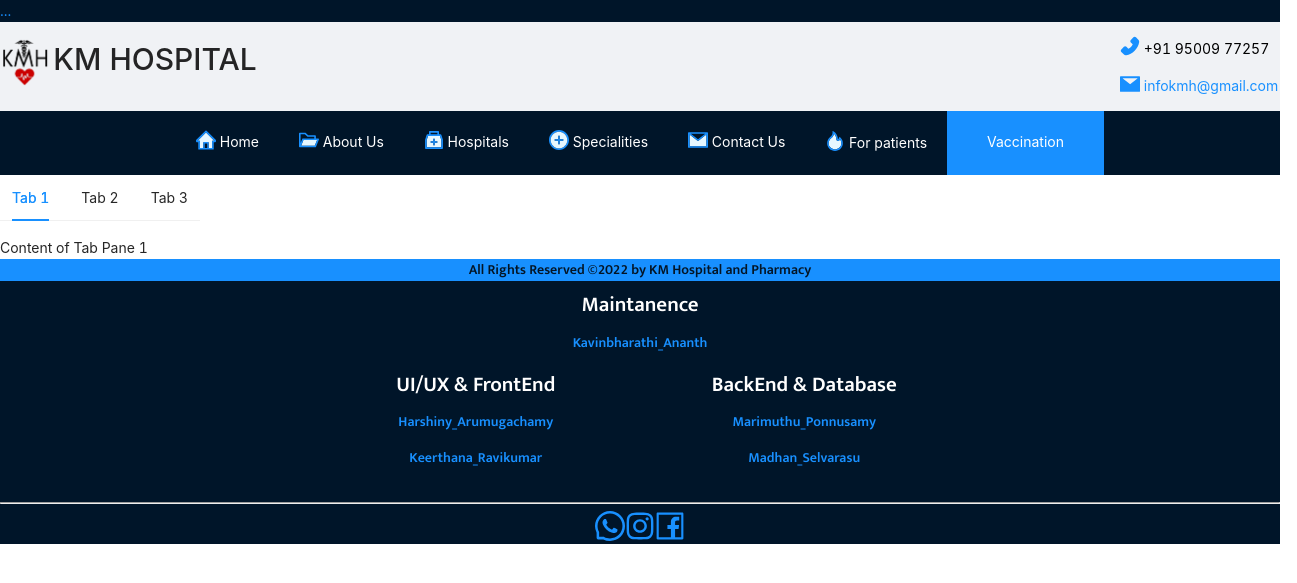
Repository: marimuthu1001/KHM-hospital
Page: /vaccination (app in km-hospital/)
These files come from the project's save history. The page is drawn as it stood at one moment and after the next save; the edit follows.
The browser window is 1280 px wide. The page is 1297 px wide, so the pictures cover 1297 px, including what lies to the right of the window. The pictures show the whole page.
The project was rebuilt for these pictures with package versions that can differ from the ones it lists, and the page was loaded fresh each time. Also part of the build but not shown: km-hospital/src/Pages/Home.jsx, km-hospital/src/Styles/ContactUs.module.css, km-hospital/src/Pages/ContactUs.jsx, km-hospital/src/Pages/AboutUS.jsx, km-hospital/src/Styles/Specialities.module.css, km-hospital/src/Pages/Specialities.jsx, km-hospital/src/Pages/For Patients/Bmi_Calculator.jsx, km-hospital/src/Styles/Appointment.module.css and 8 more.

Above is the page before, as saved 2022-03-02 20:19:31.

### km-hospital/public/index.html
<!DOCTYPE html>
<html lang="en">
  <head>
    <meta charset="utf-8" />
    <link rel="icon" href="%PUBLIC_URL%/favicon.ico" />
    <meta name="viewport" content="width=device-width, initial-scale=1" />
    <meta name="theme-color" content="#000000" />
    <meta
      name="description"
      content="Web site created using create-react-app"
    />
    <link rel="apple-touch-icon" href="%PUBLIC_URL%/logo192.png" />
    <!--
      manifest.json provides metadata used when your web app is installed on a
      user's mobile device or desktop. See https://developers.google.com/web/fundamentals/web-app-manifest/
    -->
    <link rel="manifest" href="%PUBLIC_URL%/manifest.json" />
    <!--
      Notice the use of %PUBLIC_URL% in the tags above.
      It will be replaced with the URL of the `public` folder during the build.
      Only files inside the `public` folder can be referenced from the HTML.

      Unlike "/favicon.ico" or "favicon.ico", "%PUBLIC_URL%/favicon.ico" will
      work correctly both with client-side routing and a non-root public URL.
      Learn how to configure a non-root public URL by running `npm run build`.
    -->
    <title>KM HOSPITAL | HOME</title>
  </head>
  <body>
    <noscript>You need to enable JavaScript to run this app.</noscript>
    <div id="root"></div>
    <!--
      This HTML file is a template.
      If you open it directly in the browser, you will see an empty page.

      You can add webfonts, meta tags, or analytics to this file.
      The build step will place the bundled scripts into the <body> tag.

      To begin the development, run `npm start` or `yarn start`.
      To create a production bundle, use `npm run build` or `yarn build`.
    -->
  </body>
</html>

### km-hospital/src/index.js
import React from 'react';
import ReactDOM from 'react-dom';
import 'antd/dist/antd.min.css'
import './index.css'
import App from './App';


ReactDOM.render(
  <React.StrictMode>
    <App />
  </React.StrictMode>,
  document.getElementById('root')
);

### km-hospital/src/index.css
@import '~antd/dist/antd.css';

.ant-menu:not(.ant-menu-horizontal) .ant-menu-item-selected {
	background: transparent;
}

.ant-menu{
    background: red;
    }

### km-hospital/src/App.js
import Nav from  './components/Nav'
import Footer from './components/Footer'
import Home from './Pages/Home'
import ContactUs from './Pages/ContactUs'
import AboutUs from './Pages/AboutUS'
import Specialities from './Pages/Specialities'
import BmiCalculator from './Pages/For Patients/Bmi_Calculator'
import Appointment from './Pages/For Patients/BookAppointment'
import Hospitals from './Pages/Hospitals'
import {BrowserRouter as Router, Route,Routes} from 'react-router-dom'
import Chennai from './Pages/Hopitals/Chennai'
import Coimbatore from './Pages/Hopitals/Coimbatore'
import Salem from './Pages/Hopitals/Salem'
import Kanyakumari from './Pages/Hopitals/Kanyakumari'
import Vaccination from './Pages/For Patients/Vaccination'
import Feedback from './Pages/Feedback'

function App() {
  return (
    <Router>
        <div className="App">
          <Nav/>
          <Routes>
            <Route exact path="/" element={<Home/>}/>
            <Route exact path="/contactus" element={<ContactUs/>}/>
            <Route exact path="/aboutus" element={<AboutUs/>}/>
            <Route exact path="/specialities" element={<Specialities/>}/>
            <Route exact path="/bmicalculator" element={<BmiCalculator/>}/>
            <Route exact path="/bookappointment" element={<Appointment/>}/>
            <Route exact path="/hospitals" element={<Hospitals/>}/>
            <Route exact path="/hospitals/chennai" element={<Chennai/>}/>
            <Route exact path="/hospitals/coimbatore" element={<Coimbatore/>}/>
            <Route exact path="/hospitals/salem" element={<Salem/>}/>
            <Route exact path="/hospitals/kanyakumari" element={<Kanyakumari/>}/>

            <Route exact path="/vaccination" element={<Vaccination/>}/>

            <Route exact path="/feedback" element={<Feedback/>}/>
          </Routes>

          <Footer/>
        </div>
    </Router>

  );
}

export default App;

### km-hospital/src/components/Nav.jsx
import React from 'react'

import Styles from '../Styles/Nav.module.css'
import { Layout, Menu, Dropdown,Row,Col } from 'antd';
import Logo from '../Images/Logo.png'

import {HomeTwoTone,
    FolderOpenTwoTone,
    MedicineBoxTwoTone,
    PlusCircleTwoTone,
    FireTwoTone ,
    MailTwoTone,
    PhoneFilled,
    MailFilled,

    } from '@ant-design/icons'

function Nav() {
  const menu = (
    <Menu>

          <a href="/vaccination">  <Menu.Item key="1">Covid Dose</Menu.Item></a>
          <a href="/vaccination">   <Menu.Item key="2">Covid Booster</Menu.Item></a>
            <a href="/vaccination"> <Menu.Item key="3">Polio Vaccine</Menu.Item></a>
          <a href="/vaccination">   <Menu.Item key="4">Chicken pox Vaccine</Menu.Item></a>
      </Menu>
  )
const patients = (
  <Menu>
         <a href="bmicalculator"> <Menu.Item key="1">Health Checkup Package</Menu.Item></a>
         <a href="bmicalculator"><Menu.Item key="2">Medicines</Menu.Item></a>
          <a href="bmicalculator"><Menu.Item key="3">Symptoms</Menu.Item></a>
          <a href="/bookappointment"> <Menu.Item key="4">Book an Appointment</Menu.Item></a>
          <a href="bmicalculator"><Menu.Item key="5">BMI Calculator</Menu.Item></a>

    </Menu>

  )

  const { Header} = Layout;
    return (

      <Layout>
        <p className={Styles.line}>...</p>
        <div className={Styles.head} >
            <Row gutters={[16,16]}>
              <Col md={{span:2}} lg={{span:1}}>
              <div className="logo">
              <img src={Logo} alt="Logo" widht={50} height={50}/>
            </div>
              </Col>
              <Col md={{span:6}} lg={{span:4}}>
              <h1>KM HOSPITAL</h1>
              </Col>
              <Col md={{span:8}} lg={{span:16}}></Col>
              <Col md={{span:5}} lg={{span:3}}>
              <div className={Styles.contactHead}>
                <p style={{color:'black'}}><PhoneFilled  style= {{ fontSize: '20px',color: '#1890ff'  }} />&nbsp;+91 95009 77257</p>
                <p><a href="mailto:infokmh@gmail.com"><MailFilled style= {{ fontSize: '20px',color: '#1890ff'  }} />&nbsp;infokmh@gmail.com</a></p>
               </div>
              </Col>
            </Row>
        </div>



      <Header className="header">
      <div className="menubar">
        <Menu style={{
            position: 'relative',
            display: 'flex',
            justifyContent: 'center',

        }} theme="dark" mode="horizontal" defaultSelectedKeys={['1']}>
     <a href="/">
          <Menu.Item key="7"><HomeTwoTone style={{fontSize:20}}/>&nbsp;Home</Menu.Item>
     </a>
     <a href="/aboutus">
          <Menu.Item key="2"><FolderOpenTwoTone style={{fontSize:20}}/>&nbsp;About Us</Menu.Item>
     </a>
     <a href="/hospitals">
          <Menu.Item key="3"><MedicineBoxTwoTone style={{fontSize:20}}/>&nbsp;Hospitals</Menu.Item>
     </a>
     <a href="/specialities">
          <Menu.Item key="4"><PlusCircleTwoTone style={{fontSize:20}}/>&nbsp;Specialities</Menu.Item>
     </a>
     <a href="/contactus">
          <Menu.Item  key="6"> <MailTwoTone style={{fontSize:20}}/>&nbsp;Contact Us</Menu.Item>
     </a>
          <Dropdown  overlay={patients} placement="topCenter">
              <Menu.Item key="5"><FireTwoTone style={{fontSize:20}}/>&nbsp;For patients</Menu.Item>
          </Dropdown>

          <Menu.Item key="1">
          <Dropdown  overlay={menu} placement="topCenter">
                    <Menu.Item>Vaccination</Menu.Item>
          </Dropdown>
          </Menu.Item>


        </Menu>  </div>
      </Header>


        </Layout>


    )
}

export default Nav

### km-hospital/src/components/Footer.jsx
import React from 'react'
import Styles from '../Styles/Footer.module.css'
import { Row, Col } from 'antd';
import {WhatsAppOutlined,
    InstagramOutlined,
    FacebookOutlined} from '@ant-design/icons'
function Footer() {
    return (
        <div  >
            <div className={Styles.footer}>


                <div className={Styles.footerContent}>
                    <div sm={1}  md={6} lg={8}  className={Styles.footerTitle}>
                        <h4>All Rights Reserved &copy;2022 by KM Hospital and Pharmacy</h4>
                    </div>


                <div className={Styles.maintain}>
                    <h2>Maintanence</h2>
                    <p>Kavinbharathi_Ananth</p>
                </div>

                <Row className={Styles.design} gutter={[34, 18]}>
                <Col xs={24} md={6}/>
                    <Col xs={24} md={6}>
                        <div>
                            <h2 className={Styles.headDecoration}>UI/UX & FrontEnd</h2>
                            <div className={Styles.decoration}>
                                <p>Harshiny_Arumugachamy</p>
                                <p>Keerthana_Ravikumar</p>
                            </div>
                        </div>
                    </Col>
                    <Col xs={24} md={6}>
                        <div>
                        <h2 className={Styles.headDecoration}>BackEnd & Database</h2>
                            <div className={Styles.decoration}>
                                <p>Marimuthu_Ponnusamy</p>
                                <p>Madhan_Selvarasu</p>
                            </div>
                        </div>
                    </Col>
                    <Col xs={24} md={6}/>
                        <Col sm={{ span: 5, offset: 0 }} md={{ span: 5, offset: 0 }} lg={{ span: 6, offset:0  }}> </Col>
                </Row>


<hr/>


                <Row  className={Styles.social}>
                    <Col sm={{span:2}} md={{span:8}} lg={{span:8}}><WhatsAppOutlined style={{fontSize: '30px' }} /></Col>
                    <Col sm={{span:2}} md={{span:8}} lg={{span:8}}><InstagramOutlined style={{fontSize: '30px' }} /></Col>
                    <Col sm={{span:2}} md={{span:8}} lg={{span:8}}><FacebookOutlined style={{fontSize: '30px' }} /></Col>
                </Row>
            </div>
        </div>
        </div>
    )
}

export default Footer

### km-hospital/src/Pages/For Patients/Vaccination.jsx
import React ,{useState} from 'react';
import {
    Form,
    Input,
    Button,
    Select,
    DatePicker,
  } from 'antd';
import firebase from '../../firebase'
import { Tabs } from 'antd';



import Styles from '../../Styles/Vaccination.module.css'

function Vaccination() {
const { TabPane } = Tabs;

  return(

<div>
    <div className={Styles.tab}>
        <Tabs defaultActiveKey="1" centered>
            <TabPane tab="Tab 1" key="1">
                Content of Tab Pane 1
            </TabPane>
            <TabPane tab="Tab 2" key="2">
                Content of Tab Pane 2
            </TabPane>
            <TabPane tab="Tab 3" key="3">
                Content of Tab Pane 3
            </TabPane>
        </Tabs>
    </div>
</div>

    )}

export default Vaccination;

### km-hospital/src/Styles/Nav.module.css
*{
    margin-top:0px;
}
.line{
    background-color:#001529;
    color:#1890ff;
}
.head h1{
    font-size: 30px;
}
.menubar .Menu.item{
    margin-left:20%;
}
a{
    text-decoration: none;
}
a:hover{
    background-color:#1890ff;
}

### km-hospital/src/Styles/Footer.module.css
@import url('https://fonts.googleapis.com/css2?family=Mukta:wght@600&display=swap');
.footer{
    background-color:#001529;
    font-family: 'Mukta', sans-serif;
    color:#1890ff;
    position:relative;
    text-align:center
}
.footer h2{
    color:#ffffff
}
.footer .footerTitle{
    color:rgb(255, 255, 255);
    background-color:#1890ff
}
.footer .social{
    text-align:center;
    display:inline-flex;
}
.social li{
    list-style-type: none;
}
.decoration{
    list-style-type:none;
    text-align:center
}
.headDecoration{
    text-align:center
}

### km-hospital/src/firebase.js
import firebase from 'firebase/compat/app';
import 'firebase/compat/firestore';


const firebaseConfig = {
  apiKey: "AIzaSyB39nz4bG2SwK_JVM88en-INj2dnwCE7MQ",
  authDomain: "km-hospital.firebaseapp.com",
  projectId: "km-hospital",
  storageBucket: "km-hospital.appspot.com",
  messagingSenderId: "135263992741",
  appId: "1:135263992741:web:937486f6d8f3d9ed1fc64c",
  measurementId: "G-9PC9TT6YWF"
};

firebase.initializeApp(firebaseConfig);
export default firebase;

### km-hospital/src/Styles/Home.module.css
@import url('https://fonts.googleapis.com/css2?family=Josefin+Sans:wght@700&display=swap');
.card{
    background-color:#1890ff;
    height:120px;
    border: 1px solid #001529;
    border-radius:14px;
}
.title{
    font-family: 'Josefin Sans', sans-serif;
}

### km-hospital/src/Styles/bmiCalc.module.css
@import url('https://fonts.googleapis.com/css2?family=Poppins:wght@400&display=swap');

.aboutContent{
    margin:0 10%;
    text-align: center;
    font-family: 'Poppins', sans-serif;
    font-weight:block;
}
 .bmiFormula{

    border:1px solid #5465ff
}

### km-hospital/src/Styles/Vaccination.module.css
.tab{
    width:200px;
}

After the next save:
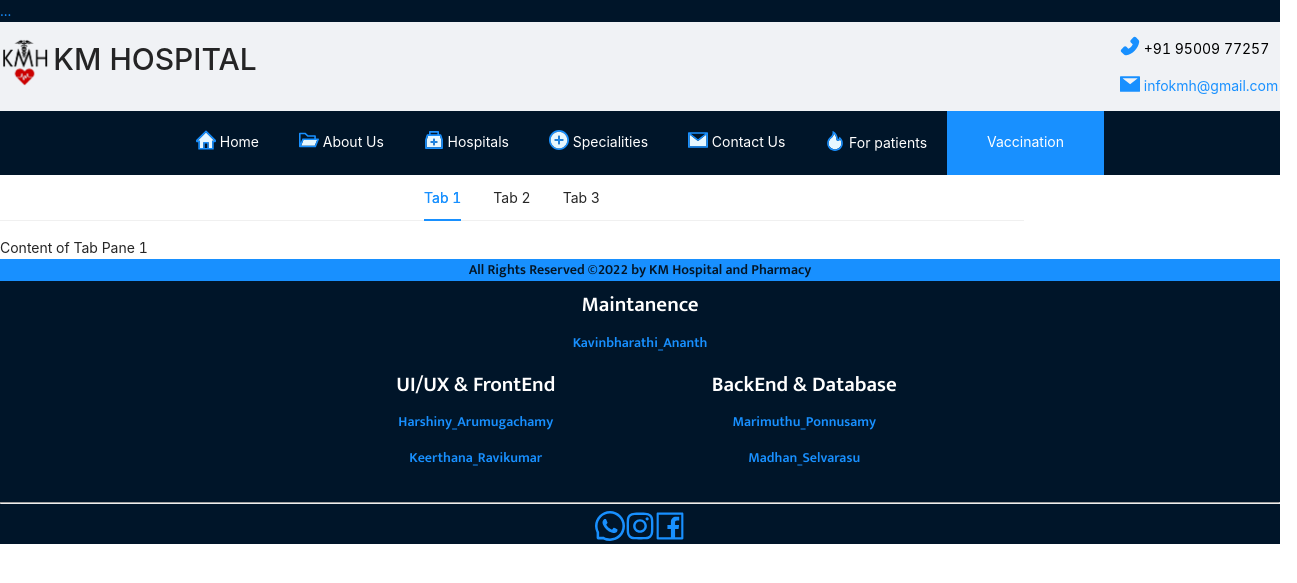
Saved 14 s later.
--- a/km-hospital/src/Styles/Vaccination.module.css
+++ b/km-hospital/src/Styles/Vaccination.module.css
@@ -1,3 +1,3 @@
 .tab{
-    width:200px;
+    width:80%;
 }
